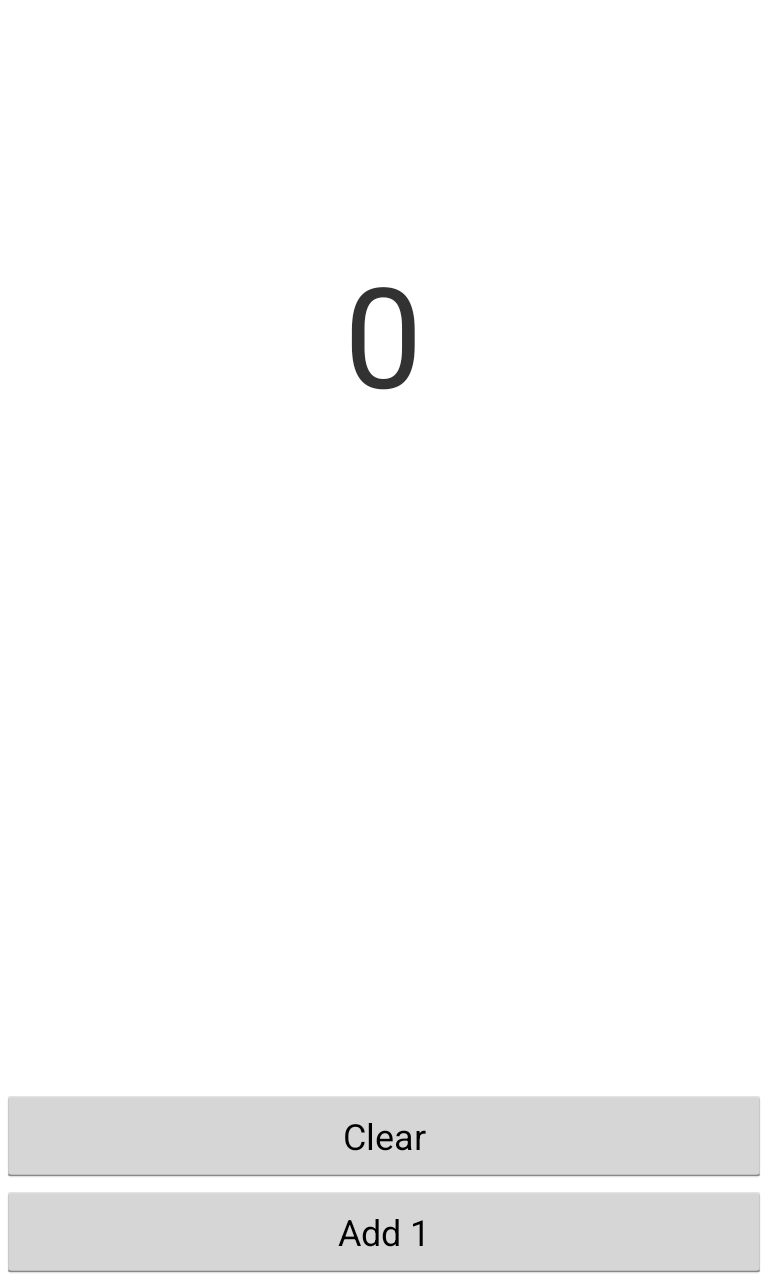
Repository: phedavkar/android_class
Layout: Counter/res/layout/main.xml
An editor plug-in stored every save of this project. The layout is shown before and after the next save, followed by the edit.
It is drawn on a 768 x 1280 px phone screen (xhdpi) without system bars, with theme AppTheme; the app's code is not run.

Above is the layout before, as saved 2014-04-08 17:56:33.

### Counter/res/layout/main.xml
<?xml version="1.0" encoding="utf-8"?>
<RelativeLayout xmlns:android="http://schemas.android.com/apk/res/android"
    android:layout_width="match_parent"
    android:layout_height="match_parent" >

    <TextView
        android:id="@+id/counterView"
        android:layout_width="wrap_content"
        android:layout_height="wrap_content"
        android:layout_alignParentTop="true"
        android:layout_centerHorizontal="true"
        android:layout_marginTop="120dp"
        android:textSize="70sp"
        android:text="0" />

    <Button
        android:id="@+id/increment"
        android:layout_width="fill_parent"
        android:layout_height="wrap_content"
        android:layout_alignParentBottom="true"
        android:layout_centerHorizontal="true"
        android:text="@string/increment" />

    <Button
        android:id="@+id/clear"
        android:layout_width="fill_parent"
        android:layout_height="wrap_content"
        android:layout_above="@+id/increment"
        android:text="Clear" />

</RelativeLayout>

### Counter/res/values/strings.xml
<resources>

    <string name="app_name">Counter</string>
    <string name="increment">Add 1</string>

</resources>

Loaded but not shown: Counter/res/values/styles.xml (common file); Counter/res/values-v11/styles.xml (common file); Counter/res/values-v14/styles.xml (common file)

After the next save:
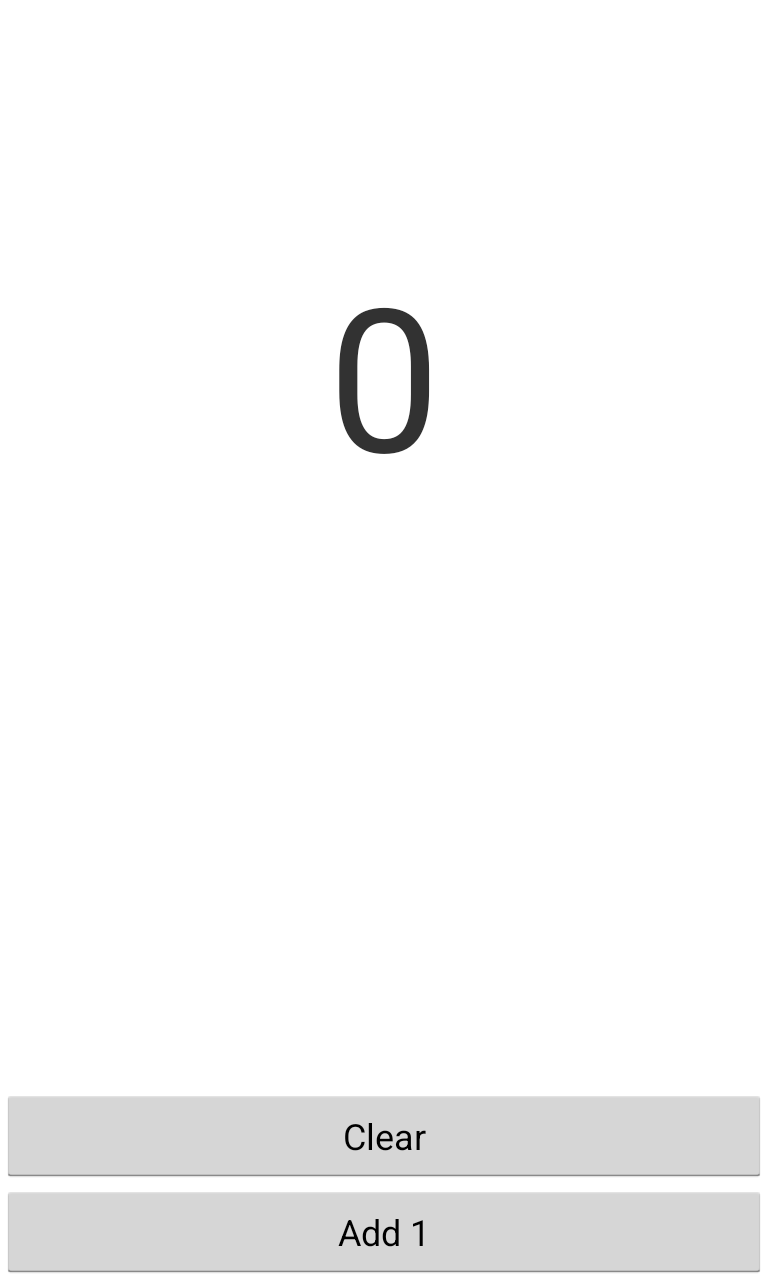
Saved 13 s later.
--- a/Counter/res/layout/main.xml
+++ b/Counter/res/layout/main.xml
@@ -10,7 +10,7 @@
         android:layout_alignParentTop="true"
         android:layout_centerHorizontal="true"
         android:layout_marginTop="120dp"
-        android:textSize="70sp"
+        android:textSize="100sp"
         android:text="0" />
 
     <Button
